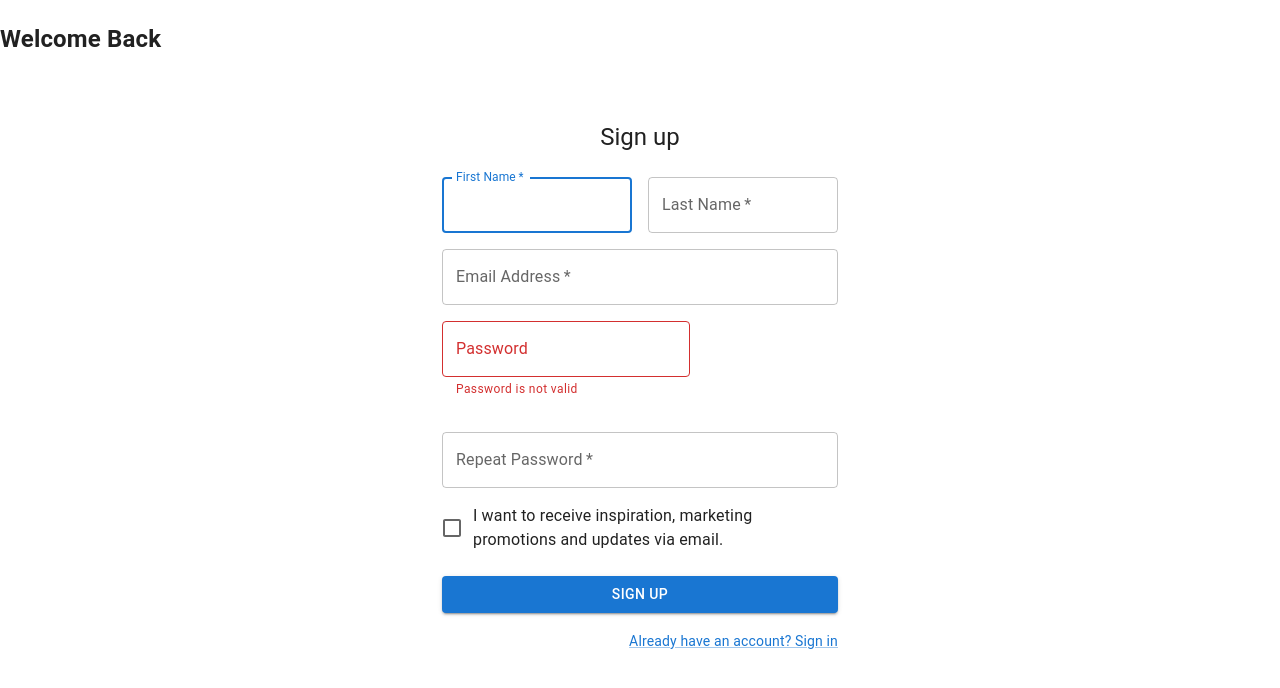
Repository: NGHIAVN1/Note
Page: /
These files come from the project's save history. The page is drawn as it stood at one moment and after the next save; the edit follows.
The browser window is 1280 px wide. The pictures show the whole page.
The project was rebuilt for these pictures with package versions that can differ from the ones it lists, and the page was loaded fresh each time. Also part of the build but not shown: vite.config.js, src/Pet.jsx, src/useBreedList.jsx, src/SearchParams.jsx.

Above is the page before, as saved 2024-03-05 16:44:58.

### src/index.html
<!DOCTYPE html>
<html lang="en">

<head>
  <meta charset="UTF-8">
  <meta name="viewport" content="width=device-width, initial-scale=1.0">
  <meta http-equiv="X-UA-Compatible" content="ie=edge">
  <title>Adopt Me</title>
</head>

<body>
  <div id="root">not rendered</div>
  <script type="module" src="./App.jsx">
    // Your code is going to go here

  </script>
</body>

</html>

### src/App.jsx
import React from "react";
import "./Register";
import "./SearchParams";
import { createRoot } from "react-dom/client";
import SearchParams from "./SearchParams";
import RegisterUser from "./Register";

const App = () => {
  return (
    <div>
      <h1></h1>
      <h2>Welcome Back</h2>

      <RegisterUser />
    </div>
  );
};

const container = document.getElementById("root");
const root = createRoot(container);
root.render(React.createElement(App));

### src/Register.jsx
import * as React from "react";
import Avatar from "@mui/material/Avatar";
import Button from "@mui/material/Button";
import CssBaseline from "@mui/material/CssBaseline";
import TextField from "@mui/material/TextField";
import FormControlLabel from "@mui/material/FormControlLabel";
import Checkbox from "@mui/material/Checkbox";
import Link from "@mui/material/Link";
import Grid from "@mui/material/Grid";
import Box from "@mui/material/Box";
import LockOutlinedIcon from "@mui/icons-material/LockOutlined";
import Typography from "@mui/material/Typography";
import Container from "@mui/material/Container";
import { createTheme, ThemeProvider } from "@mui/material/styles";
import { useState } from "react";

const defaultTheme = createTheme();

export default function RegisterUser() {
  const handleSubmit = (event) => {
    event.preventDefault();
    const data = new FormData(event.currentTarget);
    console.log({
      email: data.get("email"),
      password: data.get("password"),
    });
  };
  const [password, setPassword] = useState("");
  const validatePassword = (password) => {
    const regex =
      /^(?=.*[A-Za-z])(?=.*\d)(?=.*[@$!%*#?&])[A-Za-z\d@$!%*#?&]{8,}$/;
    return regex.test(password);
  };

  return (
    <ThemeProvider theme={defaultTheme}>
      <Container component="main" maxWidth="xs">
        <CssBaseline />
        <Box
          sx={{
            marginTop: 8,
            display: "flex",
            flexDirection: "column",
            alignItems: "center",
          }}
        >
          <Typography component="h1" variant="h5">
            Sign up
          </Typography>
          <Box
            component="form"
            noValidate
            onSubmit={handleSubmit}
            sx={{ mt: 3 }}
          >
            <Grid container spacing={2}>
              <Grid item xs={12} sm={6}>
                <TextField
                  autoComplete="given-name"
                  name="firstName"
                  required
                  fullWidth
                  id="firstName"
                  label="First Name"
                  autoFocus
                />
              </Grid>
              <Grid item xs={12} sm={6}>
                <TextField
                  required
                  fullWidth
                  id="lastName"
                  label="Last Name"
                  name="lastName"
                  autoComplete="family-name"
                />
              </Grid>
              <Grid item xs={12}>
                <TextField
                  required
                  fullWidth
                  id="email"
                  label="Email Address"
                  name="email"
                  autoComplete="email"
                />
              </Grid>
              <Grid item xs={12}>
                <TextField
                  error
                  name="password"
                  label="Password"
                  type="password"
                  id="password"
                  helperText={
                    validatePassword(password) ? "" : "Password is not valid"
                  }
                  onChange={(e) => {
                    setPassword(e.target.value);
                  }}
                />
                <p></p>
              </Grid>
              <Grid item xs={12}>
                <TextField
                  required
                  fullWidth
                  name="password"
                  label="Repeat Password"
                  type="password"
                  id="password"
                  onChange={(e) => {
                    setPassword(e.target.value);
                  }}
                />
              </Grid>
              <Grid item xs={12}>
                <FormControlLabel
                  control={
                    <Checkbox value="allowExtraEmails" color="primary" />
                  }
                  label="I want to receive inspiration, marketing promotions and updates via email."
                />
              </Grid>
            </Grid>
            <Button
              type="submit"
              fullWidth
              variant="contained"
              sx={{ mt: 3, mb: 2 }}
            >
              Sign Up
            </Button>
            <Grid container justifyContent="flex-end">
              <Grid item>
                <Link href="#" variant="body2">
                  Already have an account? Sign in
                </Link>
              </Grid>
            </Grid>
          </Box>
        </Box>
      </Container>
    </ThemeProvider>
  );
}

After the next save:
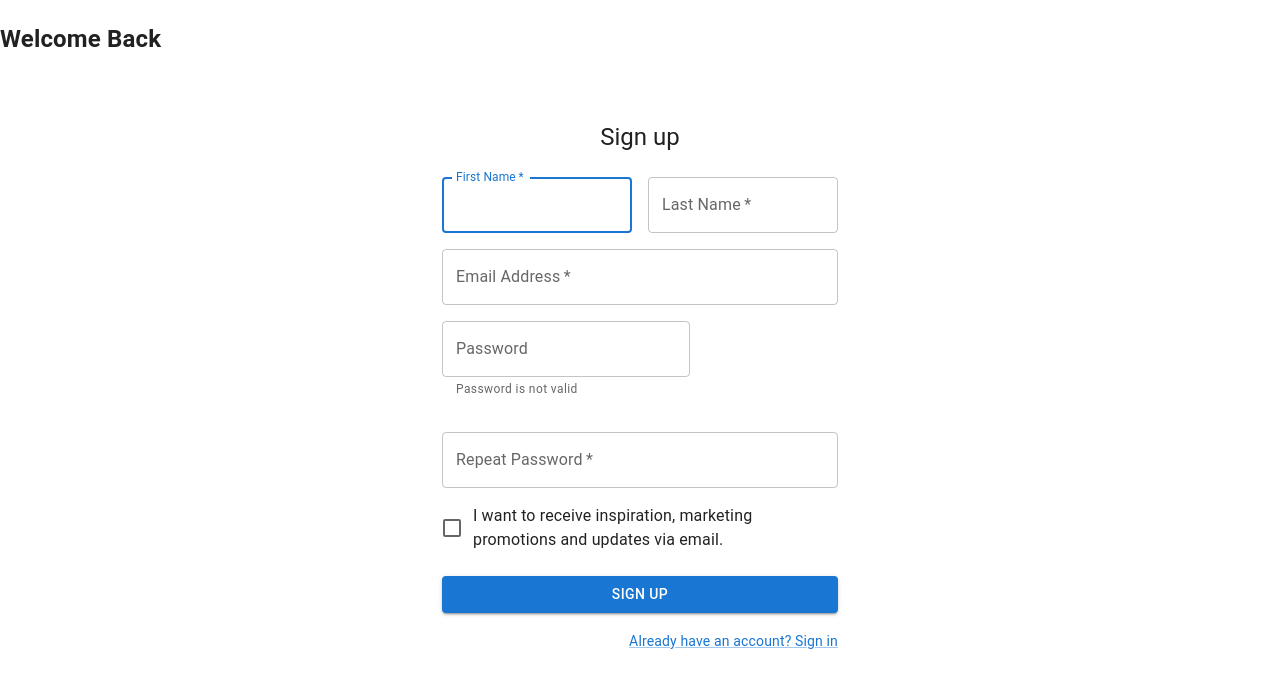
Saved 4 min 30 s later.
--- a/src/Register.jsx
+++ b/src/Register.jsx
@@ -87,7 +87,6 @@ export default function RegisterUser() {
               </Grid>
               <Grid item xs={12}>
                 <TextField
-                  error
                   name="password"
                   label="Password"
                   type="password"
